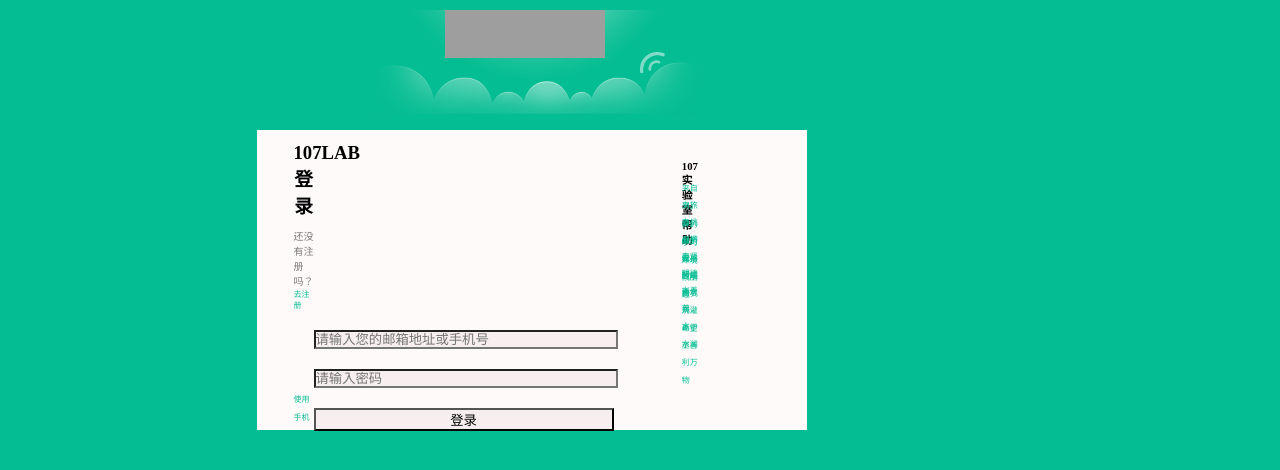
Repository: zz-yy/2023_homework
Page: 第一次考核作业/mazehua/index.html
An editor plug-in stored every save of this project. The page is shown before and after the next save, followed by the edit.
The browser window is 1280 px wide. The pictures show the whole page.
Pictures or frames that could not be fetched are drawn as grey boxes.

Above is the page before, as saved 2024-04-04 22:39:33.

### 第一次考核作业/mazehua/index.html
<!DOCTYPE html>
<html lang="en">

<head>
    <meta charset="UTF-8">
    <meta http-equiv="X-UA-Compatible" content="IE=edge">
    <meta name="viewport" content="width=device-width, initial-scale=1.0">
    <title>107LAB登录</title>
    <!--引入css样式表-->
    <link rel="stylesheet" href="index.css">
    <!--引入图标样式-->
    <link rel="stylesheet" href="./iconfont.css">

</head>

<body>

    <div class="logbj">
        <div class="logo"><img src="./images/logo.png"></div><br>
    </div>

    <div class="login">
        <ul class="left">
            <li>
                <h3>107LAB登录</h3>
                <span class="tishi">还没有注册吗？<a href="#">去注册</a></span>
                <form action="#">
                    <input type="text" placeholder="请输入您的邮箱地址或手机号" name="text"><br>
                    <input type="password"  placeholder="请输入密码" name="psd"><br>
                    <input type="submit" value="登录">
                </form>
                <div class="forget"><span class="L"><a href="#">使用手机验证码登录</a> </span> <span class="R"><a href="#">忘记密码</a></span></div>
            </li>
        </ul>
        <ul class="right">
            <li>
                <h6>107实验室帮助</h6>
            </li>
           <li> <a href="#">来自习，好的学习环境</a></li>
           <li> <a href="#">来旅游，好的娱乐氛围</a></li>
            <li><a href="#">去挑战，无尽的乐趣</a></li>
            <li><a href="#">去攀登，超越自我</a></li>
            <li><a href="#">去坚持，汗水浇灌希望</a></li>
            <li><a href="#">明德新民，止于至善</a></li>
            <li><a href="#">上善若水，水润利万物</a></li>
        </ul>
    </div>


</body>

</html>

### 第一次考核作业/mazehua/index.css
* {
    margin: 0px;
    padding: 0px;
}

body {

    background: rgb(5, 189, 146);
    float: left;

}

.logbj {
    background-image: url(/images/bg_reg_wave.png);
    background-repeat: no-repeat;
    background-size: 500px;
    width: 550px;
    height: 100px;
    margin: 10px 50%;

    padding: 10px 10px;
}

.logo {
    height: 60px;
    width: 200px;
    margin: 10px 120px;

}

.logo img {
    width: 80%;
    height: 80%;
    position: relative;
    left: 30px;
    top: -20px;
}

.login {
    display: flex;
    height: 300px;
    width: 550px;
    margin: -10px 45%;
    background: #fefafa;

}

h3{
    text-align: center;
}

li {
    width: 20px;
    height: 10px;
    list-style: none;
    padding: 0px 0px;
    margin: 7px;
}

a {
    text-decoration: none;

}

.tishi {
    float: right;
    font-size: 10px;
    color: #7e7979;
    margin: 10px 0px ;
}
 a{
    font-size: 8px;
    color: rgb(5, 189, 146);
}

.left {
    width: 370px;
    height: 200px;
    margin: 0px 20px;
    float: left;
    padding: 5px 10px;
}
form{
    height: 150px;
    width: 320px;
    margin: 10px;
}
input{
    margin: 10px;
    width: 300px;
    outline-style: none;
    background: rgb(247, 239, 239);
    border-radius: 1px solid #ccc ;
}
.right {
    height: 220px;
    width: 120px;
    float: right;
    padding: auto;
    margin: 23px ;
}
.L{
    float: left;
}
.R{
    float:right;
}

### 第一次考核作业/mazehua/iconfont/iconfont.css
@font-face {
  font-family: "iconfont"; /* Project id  */
  src: url('iconfont.ttf?t=1712408906963') format('truetype');
}

.iconfont {
  font-family: "iconfont" !important;
  font-size: 16px;
  font-style: normal;
  -webkit-font-smoothing: antialiased;
  -moz-osx-font-smoothing: grayscale;
}

.icon-qq:before {
  content: "\e66a";
}

.icon-weixin:before {
  content: "\e633";
}

.icon-zhanghu:before {
  content: "\e62b";
}

.icon-weixin1:before {
  content: "\e64b";
}

.icon-qq-copy:before {
  content: "\e658";
}

.icon-QQ:before {
  content: "\e73e";
}

.icon-GitHub:before {
  content: "\ea0a";
}

.icon-Oracle:before {
  content: "\ea23";
}

.icon-QQ1:before {
  content: "\e882";
}

.icon-zaixianlianxi:before {
  content: "\e6a7";
}

.icon-QQkongjian:before {
  content: "\e666";
}

.icon-QQ2:before {
  content: "\e667";
}

.icon-search:before {
  content: "\e611";
}

.icon-qq1:before {
  content: "\e636";
}

.icon-weixin2:before {
  content: "\e782";
}

.icon-weixin3:before {
  content: "\e607";
}

.icon-QQ3:before {
  content: "\ea94";
}

After the next save:
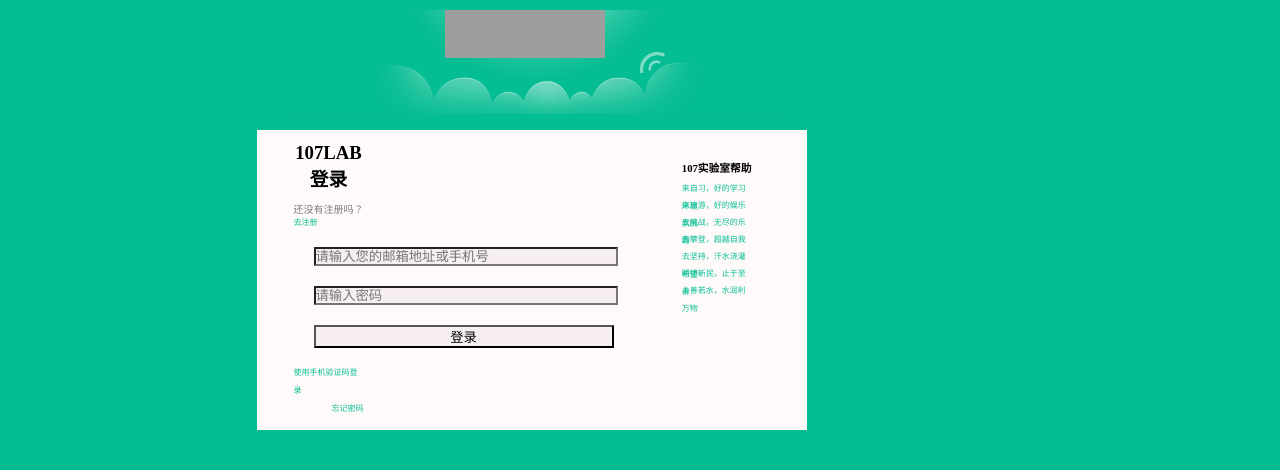
Saved 8 s later.
--- a/第一次考核作业/mazehua/index.css
+++ b/第一次考核作业/mazehua/index.css
@@ -50,7 +50,7 @@ h3{
 }
 
 li {
-    width: 20px;
+    width:70px;
     height: 10px;
     list-style: none;
     padding: 0px 0px;
